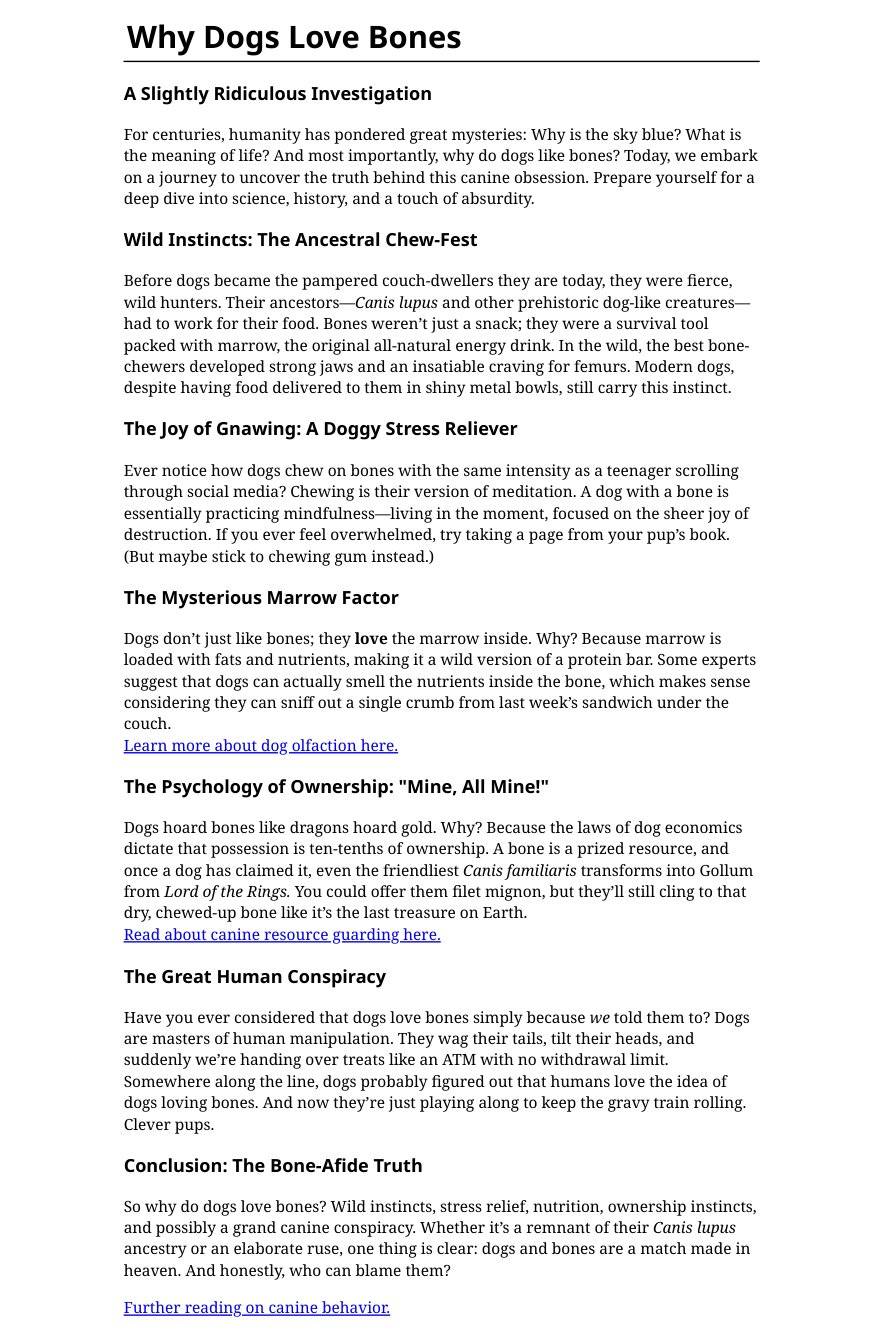
Repository: Leith-vdl/apprentice-challenge-1
Page: index.html
These files come from the project's save history. The page is drawn as it stood at one moment and after the next save; the edit follows.
The browser window is 1280 px wide. The pictures show the whole page, at 69% of full size.

Above is the page before, as saved 2025-01-31 15:24:33.

### index.html
<!DOCTYPE html>
<html lang="en">
<head>
    <meta charset="UTF-8">
    <meta name="viewport" content="width=device-width, initial-scale=1.0">
    <title>Why Dogs Love Bones</title>
    <link rel="stylesheet" href="styles/styles.css">
</head>
<body>
    <header class="page-header">
        <h1 class="page-header-title">
            Why Dogs Love Bones
        </h1>
    </header>
    <main>
        <section>
            <h3 class="section-title">A Slightly Ridiculous Investigation</h3>
            <p>
                For centuries, humanity has pondered great mysteries: Why is the sky blue? What is the
                meaning of life? And most importantly, why do dogs like bones? Today, we embark on a
                journey to uncover the truth behind this canine obsession. Prepare yourself for a deep dive into
                science, history, and a touch of absurdity.
            </p>
        </section>
        <section>
            <h3 class="section-title">Wild Instincts: The Ancestral Chew-Fest</h3>
            <p>
                Before dogs became the pampered couch-dwellers they are today, they were fierce, wild
                hunters. Their ancestors—<i>Canis lupus</i> and other prehistoric dog-like creatures—had to work for
                their food. Bones weren’t just a snack; they were a survival tool packed with marrow, the
                original all-natural energy drink. In the wild, the best bone-chewers developed strong jaws
                and an insatiable craving for femurs. Modern dogs, despite having food delivered to them in
                shiny metal bowls, still carry this instinct.
            </p>
        </section>
        <section>
            <h3 class="section-title">The Joy of Gnawing: A Doggy Stress Reliever</h3>
            <p>
                Ever notice how dogs chew on bones with the same intensity as a teenager scrolling through
                social media? Chewing is their version of meditation. A dog with a bone is essentially practicing
                mindfulness—living in the moment, focused on the sheer joy of destruction. If you ever feel
                overwhelmed, try taking a page from your pup’s book. (But maybe stick to chewing gum
                instead.)
            </p>
        </section>
        <section>
            <h3 class="section-title">The Mysterious Marrow Factor</h3>
            <p>
                Dogs don’t just like bones; they <b>love</b> the marrow inside. Why? Because marrow is loaded with
                fats and nutrients, making it a wild version of a protein bar. Some experts suggest that dogs
                can actually smell the nutrients inside the bone, which makes sense considering they can sniff
                out a single crumb from last week’s sandwich under the couch.<br>
                <a href="https://vcahospitals.com/know-your-pet/how-dogs-use-smell-to-perceive-the-world" target="_blank">Learn more about dog olfaction here.</a>
            </p>
        </section>
        <section>
            <h3 class="section-title">The Psychology of Ownership: "Mine, All Mine!"</h3>
            <p>
                Dogs hoard bones like dragons hoard gold. Why? Because the laws of dog economics dictate
                that possession is ten-tenths of ownership. A bone is a prized resource, and once a dog has
                claimed it, even the friendliest <i>Canis familiaris</i> transforms into Gollum from <i>Lord of the Rings.</i>
                You could offer them filet mignon, but they’ll still cling to that dry, chewed-up bone like it’s the
                last treasure on Earth.<br>
                <a href="https://www.battersea.org.uk/pet-advice/dog-advice/dealing-resource-guarding?gad_source=1&gclid=Cj0KCQiAhvK8BhDfARIsABsPy4h3CRlVVPVANZfAc-HngzDTwKg5KUgeNuAmZD8EIJDuwS7ktlBpRYQaAjNyEALw_wcB" target="_blank">Read about canine resource guarding here.</a>
            </p>
        </section>
        <section>
            <h3 class="section-title">The Great Human Conspiracy</h3>
            <p>
                Have you ever considered that dogs love bones simply because <i>we</i> told them to? Dogs are
                masters of human manipulation. They wag their tails, tilt their heads, and suddenly we’re
                handing over treats like an ATM with no withdrawal limit. Somewhere along the line, dogs
                probably figured out that humans love the idea of dogs loving bones. And now they’re just
                playing along to keep the gravy train rolling. Clever pups.
            </p>
        </section>
        <section>
            <h3 class="section-title">Conclusion: The Bone-Afide Truth</h3>
            <p>
                So why do dogs love bones? Wild instincts, stress relief, nutrition, ownership instincts, and
                possibly a grand canine conspiracy. Whether it’s a remnant of their <i>Canis lupus</i> ancestry or an
                elaborate ruse, one thing is clear: dogs and bones are a match made in heaven. And honestly,
                who can blame them?
            </p>
        </section>
    </main>
    <footer>
        <p>
            <a href="https://en.wikipedia.org/wiki/Dog_behavior" target="_blank">Further reading on canine behavior.</a>
        </p>
    </footer>
</body>
</html>

### styles/styles.css
body {
    margin: 1em 8em;
    font-size: 1.4em;
    font-family: Georgia, 'Times New Roman', Times, serif
}

.page-header {
    border-bottom: 2px solid black;
}

h1.page-header-title {
    margin: 5px;
}

h1.page-header-title, h3.section-title {
    font-family: 'Segoe UI', Tahoma, Geneva, Verdana, sans-serif
}

After the next save:
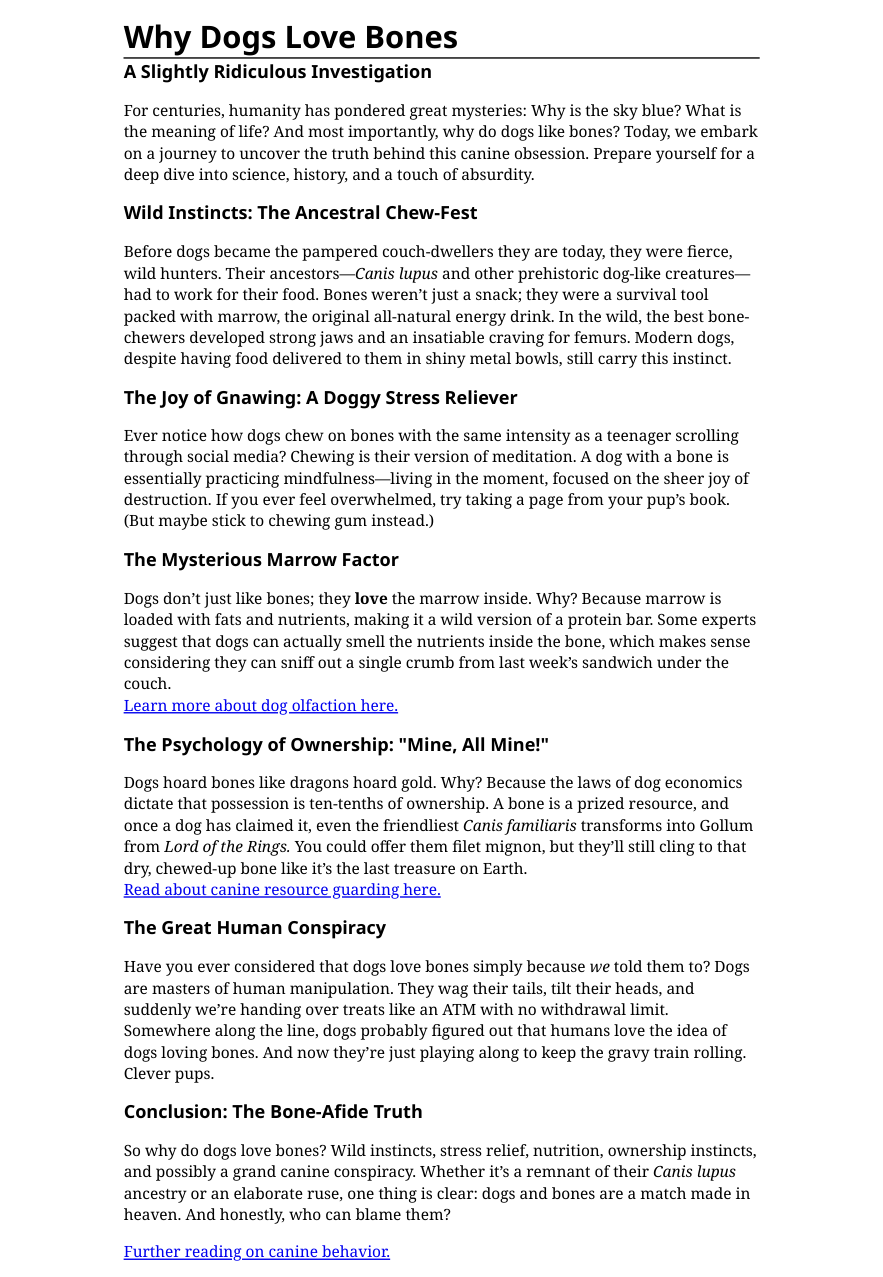
Saved 12 s later.
--- a/styles/styles.css
+++ b/styles/styles.css
@@ -13,5 +13,6 @@ h1.page-header-title {
 }
 
 h1.page-header-title, h3.section-title {
-    font-family: 'Segoe UI', Tahoma, Geneva, Verdana, sans-serif
+    font-family: 'Segoe UI', Tahoma, Geneva, Verdana, sans-serif;
+    margin: 0;
 }
